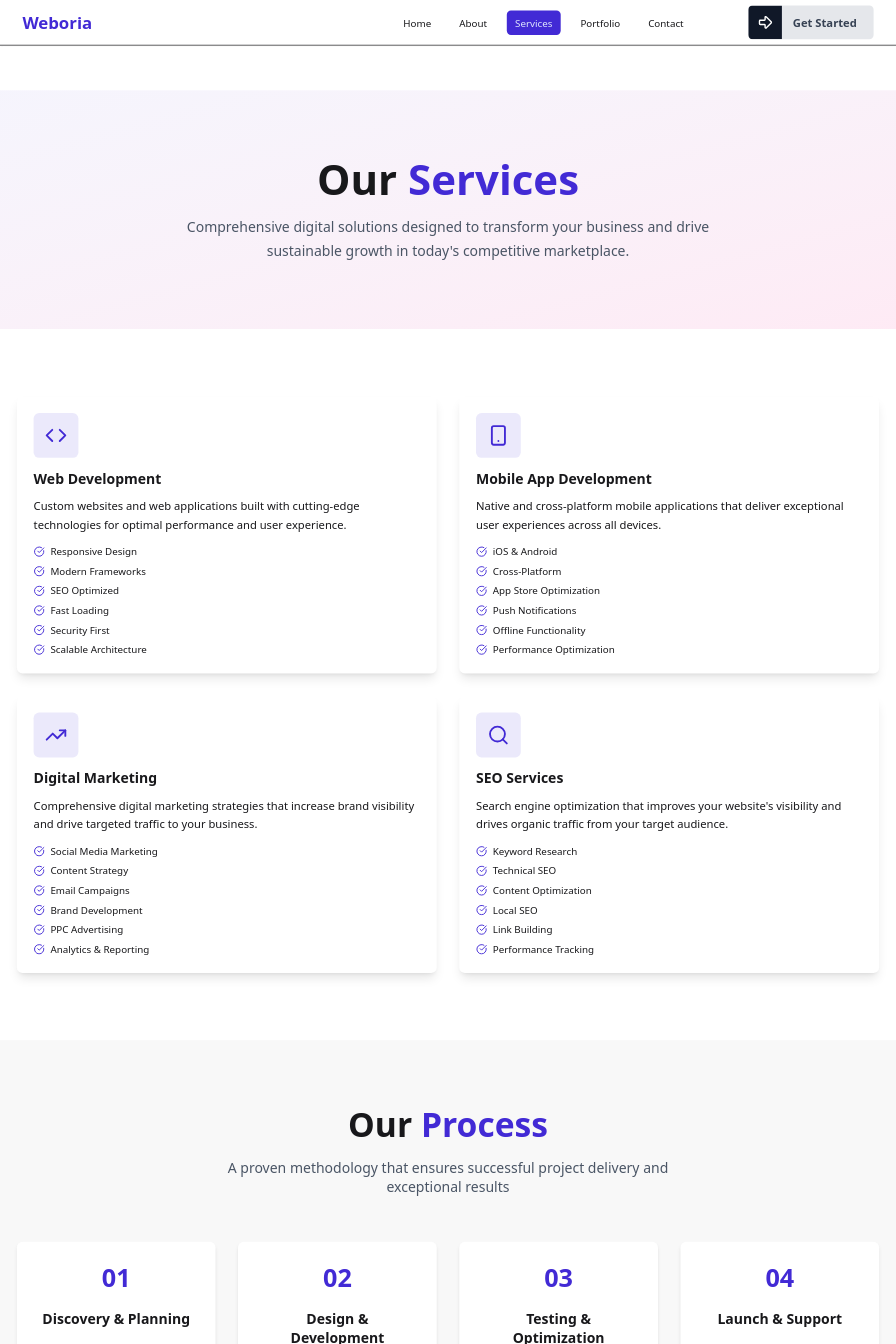
Repository: mdmuhibullahhabib/weboria
Page: /services
These files come from the project's save history. The page is drawn as it stood at one moment and after the next save; the edit follows.
The browser window is 1280 px wide. The pictures show the part of the page from y = 0 to 1920 px (the page is 3733 px tall before and 4319 px after), at 70% of full size.
The project was rebuilt for these pictures with package versions that can differ from the ones it lists, and the page was loaded fresh each time. The framework's server and built-in components were replaced by stand-ins that run in the browser. Also part of the build but not shown: next.config.mjs.

Above is the page before, as saved 2025-10-05 00:34:45.

### src/app/layout.js
import { Geist, Geist_Mono } from "next/font/google";
import "./globals.css";
import Navbar from "@/components/Navbar";
import Footer from "@/components/Footer";
import { Toaster } from "react-hot-toast";

const geistSans = Geist({
  variable: "--font-geist-sans",
  subsets: ["latin"],
});

const geistMono = Geist_Mono({
  variable: "--font-geist-mono",
  subsets: ["latin"],
});

export const metadata = {
  title: "Weboria",
  description: "Digital Marketing Agency",
  icons: "/favicon.ico",
};

export default function RootLayout({ children }) {
  return (
    <html lang="en">
      <body
        className={`${geistSans.variable} ${geistMono.variable} antialiased`}
      >

        <Navbar />
        <Toaster />
        {children}
        <Footer />
      </body>
    </html>
  );
}

### src/app/services/page.jsx
"use client";
import { Code, Smartphone, TrendingUp, Search, CheckCircle } from 'lucide-react';
import CTASection from '../Home/components/CTASection';
import Service from '../Home/components/Service';

export default function ServicesPage() {
  const services = [
    {
      icon: Code,
      title: "Web Development",
      description: "Custom websites and web applications built with cutting-edge technologies for optimal performance and user experience.",
      features: ["Responsive Design", "Modern Frameworks", "SEO Optimized", "Fast Loading", "Security First", "Scalable Architecture"]
    },
    {
      icon: Smartphone,
      title: "Mobile App Development",
      description: "Native and cross-platform mobile applications that deliver exceptional user experiences across all devices.",
      features: ["iOS & Android", "Cross-Platform", "App Store Optimization", "Push Notifications", "Offline Functionality", "Performance Optimization"]
    },
    {
      icon: TrendingUp,
      title: "Digital Marketing",
      description: "Comprehensive digital marketing strategies that increase brand visibility and drive targeted traffic to your business.",
      features: ["Social Media Marketing", "Content Strategy", "Email Campaigns", "Brand Development", "PPC Advertising", "Analytics & Reporting"]
    },
    {
      icon: Search,
      title: "SEO Services",
      description: "Search engine optimization that improves your website's visibility and drives organic traffic from your target audience.",
      features: ["Keyword Research", "Technical SEO", "Content Optimization", "Local SEO", "Link Building", "Performance Tracking"]
    }
  ];

  const process = [
    {
      step: "01",
      title: "Discovery & Planning",
      description: "We start by understanding your business goals, target audience, and project requirements to create a comprehensive strategy."
    },
    {
      step: "02",
      title: "Design & Development",
      description: "Our team creates intuitive designs and develops robust solutions using the latest technologies and best practices."
    },
    {
      step: "03",
      title: "Testing & Optimization",
      description: "Rigorous testing ensures quality and performance, while optimization guarantees the best user experience."
    },
    {
      step: "04",
      title: "Launch & Support",
      description: "We handle the launch process and provide ongoing support to ensure your solution continues to perform excellently."
    }
  ];

  const benefits = [
    "Dedicated project manager",
    "Regular progress updates",
    "Quality assurance testing",
    "Post-launch support",
    "Scalable solutions",
    "Modern technologies"
  ];

  return (
    <div className="min-h-screen pt-16">
      {/* Hero Section */}
      <section className="py-24 bg-gradient-to-br from-primary/5 to-secondary/10">
        <div className="max-w-7xl mx-auto px-6 text-center">
          <h1 className="text-4xl md:text-6xl font-bold mb-6">
            Our <span className="text-primary">Services</span>
          </h1>
          <p className="text-lg md:text-xl text-gray-600 max-w-3xl mx-auto leading-relaxed">
            Comprehensive digital solutions designed to transform your business
            and drive sustainable growth in today's competitive marketplace.
          </p>
        </div>
      </section>

      {/* Services Grid */}
      <section className="py-24 bg-base-100">
        <div className="max-w-7xl mx-auto px-6 grid grid-cols-1 md:grid-cols-2 gap-8">
          {services.map((service, index) => (
            <Service key={index} {...service} />
          ))}
        </div>
      </section>

      {/* Process Section */}
      <section className="py-24 bg-base-200">
        <div className="max-w-7xl mx-auto px-6">
          <div className="text-center mb-16">
            <h2 className="text-3xl md:text-5xl font-bold mb-6">
              Our <span className="text-primary">Process</span>
            </h2>
            <p className="text-lg md:text-xl text-gray-600 max-w-2xl mx-auto">
              A proven methodology that ensures successful project delivery and exceptional results
            </p>
          </div>

          <div className="grid grid-cols-1 md:grid-cols-2 lg:grid-cols-4 gap-8">
            {process.map((item, index) => (
              <div
                key={index}
                className="card bg-base-100 shadow-md hover:shadow-xl transition text-center"
                data-testid={`card-process-${item.step}`}
              >
                <div className="card-body p-8">
                  <div className="text-4xl font-bold text-primary mb-4">{item.step}</div>
                  <h3 className="text-xl font-semibold mb-3">{item.title}</h3>
                  <p className="text-gray-600">{item.description}</p>
                </div>
              </div>
            ))}
          </div>
        </div>
      </section>

      {/* Benefits Section */}
      <section className="py-24 bg-base-100">
        <div className="max-w-7xl mx-auto px-6 grid lg:grid-cols-2 gap-16 items-center">
          <div>
            <h2 className="text-3xl md:text-4xl font-bold mb-6">
              Why Choose <span className="text-primary">Weboria</span>?
            </h2>
            <p className="text-lg text-gray-600 mb-8">
              We're not just another digital agency. We're your partners in success,
              committed to delivering solutions that drive real business results.
            </p>

            <div className="space-y-4">
              {benefits.map((benefit, index) => (
                <div key={index} className="flex items-center">
                  <CheckCircle className="w-6 h-6 text-secondary mr-3" />
                  <span className="text-gray-800 font-medium">{benefit}</span>
                </div>
              ))}
            </div>
          </div>

          <div className="grid grid-cols-2 gap-6">
            <div className="p-6 bg-white rounded-lg shadow text-center">
              <div className="text-3xl font-bold text-primary mb-2">500+</div>
              <p className="text-gray-600">Projects Delivered</p>
            </div>
            <div className="p-6 bg-white rounded-lg shadow text-center">
              <div className="text-3xl font-bold text-primary mb-2">99%</div>
              <p className="text-gray-600">Client Satisfaction</p>
            </div>
            <div className="p-6 bg-white rounded-lg shadow text-center">
              <div className="text-3xl font-bold text-primary mb-2">5+</div>
              <p className="text-gray-600">Years Experience</p>
            </div>
            <div className="p-6 bg-white rounded-lg shadow text-center">
              <div className="text-3xl font-bold text-primary mb-2">24/7</div>
              <p className="text-gray-600">Support Available</p>
            </div>
          </div>
        </div>
      </section>

      {/* CTA Section */}
      <CTASection
        title="Ready to Get Started?"
        subtitle="Let's discuss your project and create a solution that drives your business forward."
        primaryButtonText="Start Your Project"
        secondaryButtonText="Get Free Consultation"
        onPrimaryClick={() => console.log('Navigate to contact form')}
        onSecondaryClick={() => console.log('Schedule free consultation')}
      />
    </div>
  );
}

### src/components/Navbar.jsx
"use client";
import { useState } from "react";
import Link from "next/link";
import { usePathname } from "next/navigation";
import { Menu, X } from "lucide-react";
import Button from "./Button";

export default function Navbar() {
  const [isOpen, setIsOpen] = useState(false);
  const pathname = usePathname();

  const navigation = [
    { name: "Home", href: "/" },
    { name: "About", href: "/about" },
    { name: "Services", href: "/services" },
    { name: "Portfolio", href: "/portfolio" },
    { name: "Contact", href: "/contact" },
  ];

  const isActive = (href) => {
    if (href === "/" && pathname === "/") return true;
    if (href !== "/" && pathname.startsWith(href)) return true;
    return false;
  };

  return (
    <nav className="sticky top-0 z-50 bg-base-100/95 backdrop-blur-md border-b shadow-sm">
      <div className="max-w-7xl mx-auto px-4 sm:px-6 lg:px-8">
        <div className="flex justify-between items-center h-16">
          {/* Logo */}
          <Link href="/" data-testid="link-home">
            <h1 className="text-2xl font-bold text-primary">Weboria</h1>
          </Link>

          {/* Desktop Navigation */}
          <div className="hidden md:flex space-x-4 items-center">
            {navigation.map((item) => (
              <Link key={item.name} href={item.href} data-testid={`link-${item.name.toLowerCase()}`}>
                <span
                  className={`px-3 py-2 rounded-md text-sm font-medium transition-colors ${isActive(item.href)
                      ? "bg-primary text-primary-content"
                      : "text-base-content hover:text-primary"
                    }`}
                >
                  {item.name}
                </span>
              </Link>
            ))}

            {/* CTA Button */}
            <Button
            className="ml-16 "
              text={"Get Started"}
              href="/contact"
            />
          </div>

          {/* Mobile menu button */}
          <div className="md:hidden">
            <button
              className="btn btn-ghost btn-square"
              onClick={() => setIsOpen(!isOpen)}
              data-testid="button-mobile-menu"
            >
              {isOpen ? <X className="w-6 h-6" /> : <Menu className="w-6 h-6" />}
            </button>
          </div>
        </div>

        {/* Mobile Navigation */}
        {isOpen && (
          <div className="md:hidden mt-2 border-t">
            <div className="flex flex-col space-y-1 px-2 py-3">
              {navigation.map((item) => (
                <Link key={item.name} href={item.href} data-testid={`link-mobile-${item.name.toLowerCase()}`}>
                  <span
                    className={`block px-3 py-2 rounded-md text-base font-medium transition-colors ${isActive(item.href)
                        ? "bg-primary text-primary-content"
                        : "text-base-content hover:text-primary"
                      }`}
                    onClick={() => setIsOpen(false)}
                  >
                    {item.name}
                  </span>
                </Link>
              ))}

              {/* Mobile CTA Button */}
              <Button
                text={"Get Started"}
                href="/contact"
              />
            </div>
          </div>
        )}
      </div>
    </nav>
  );
}

### src/app/Home/components/CTASection.jsx
import { ArrowRight, CheckCircle } from "lucide-react";

export default function CTASection({
  title = "Ready to Transform Your Digital Presence?",
  subtitle = "Join hundreds of successful businesses that trust Weboria to deliver exceptional digital solutions.",
  benefits = [
    "Free consultation and project planning",
    "Dedicated project manager",
    "30-day money-back guarantee",
    "Ongoing support and maintenance",
  ],
  primaryButtonText = "Start Your Project",
  secondaryButtonText = "Schedule a Call",
  onPrimaryClick,
  onSecondaryClick,
}) {
  const handlePrimaryClick = () => {
    console.log("Primary CTA clicked");
    onPrimaryClick?.();
  };

  const handleSecondaryClick = () => {
    console.log("Secondary CTA clicked");
    onSecondaryClick?.();
  };

  return (
    <section className="py-24 bg-gradient-to-br from-primary to-secondary">
      <div className="max-w-7xl mx-auto px-4 sm:px-6 lg:px-8">
        <div className="max-w-4xl mx-auto text-center">
          {/* Title */}
          <h2 className="text-3xl md:text-4xl lg:text-5xl font-bold text-white mb-6">
            {title}
          </h2>

          {/* Subtitle */}
          <p className="text-xl text-white/90 mb-8 max-w-2xl mx-auto leading-relaxed">
            {subtitle}
          </p>

          {/* Benefits List */}
          <div className="grid grid-cols-1 md:grid-cols-2 gap-4 mb-12 max-w-2xl mx-auto">
            {benefits.map((benefit, index) => (
              <div key={index} className="flex items-center text-white/90">
                <CheckCircle className="w-5 h-5 text-accent mr-3 flex-shrink-0" />
                <span>{benefit}</span>
              </div>
            ))}
          </div>

          {/* CTA Buttons */}
          <div className="flex flex-col sm:flex-row gap-4 justify-center items-center">
            {/* Primary Button */}
            <button
              className="btn btn-primary flex items-center px-8 py-4 text-lg"
              onClick={handlePrimaryClick}
              data-testid="button-cta-primary"
            >
              {primaryButtonText}
              <ArrowRight className="ml-2 w-5 h-5" />
            </button>

            {/* Secondary Button */}
            <button
              className="btn btn-outline btn-white flex items-center px-8 py-4 text-lg"
              onClick={handleSecondaryClick}
              data-testid="button-cta-secondary"
            >
              {secondaryButtonText}
            </button>
          </div>
        </div>
      </div>
    </section>
  );
}

### src/app/Home/components/Service.jsx

import { CheckCircle } from "lucide-react";

// Service card component
export default function Service({ icon: Icon, title, description, features = [] }) {
  return (
    <div className="h-full bg-base-100 shadow-lg rounded-lg p-6 flex flex-col transition-all duration-300 hover:scale-105 hover:shadow-xl">
      {/* Icon */}
      {Icon && (
        <div className="flex items-center justify-center w-16 h-16 bg-primary/10 rounded-lg mb-4">
          <Icon className="w-8 h-8 text-primary" />
        </div>
      )}

      {/* Title */}
      <h3 className="text-xl font-semibold mb-3 text-foreground">{title}</h3>

      {/* Description */}
      <p className="text-muted-foreground mb-4 leading-relaxed">{description}</p>

      {/* Features */}
      {features.length > 0 && (
        <ul className="space-y-2 mt-auto">
          {features.map((feature, index) => (
            <li key={index} className="flex items-center text-sm text-muted-foreground">
              <CheckCircle className="w-4 h-4 text-primary mr-2 flex-shrink-0" />
              {feature}
            </li>
          ))}
        </ul>
      )}
    </div>
  );
}

### src/components/Button.jsx
// Button.jsx
"use client";

import { ArrowBigRight } from "lucide-react";
import Link from "next/link";

export default function Button({ text, href = "#", className = "" }) {
  return (
    <Link
      href={href}
      className={`
        relative inline-flex items-center overflow-hidden group rounded-md font-semibold
        bg-gray-200 text-gray-700 border-none hover:bg-gray-300 transition-colors
        ${className}
      `}
    >
      {/* বাম পাশে আইকন বক্স */}
      <span
        className="
          absolute left-0 top-0 h-full w-12 flex items-center justify-center
          bg-gray-900 text-white text-xl font-bold z-20
        "
      >
        <ArrowBigRight />
      </span>

      {/* মূল টেক্সট */}
      <span
        className="
          relative z-20 py-3 px-6 pl-16 transition-colors
          group-hover:text-gray-900
        "
      >
        {text}
      </span>

      {/* Hover effect (Sky Blue wipe) */}
      <span
        className="
          absolute top-0 left-0 w-0 h-full bg-sky-400
          group-hover:w-full transition-all duration-300 ease-out z-10
        "
      />
    </Link>
  );
}

Loaded but not shown: src/app/globals.css (common file); src/components/Footer.jsx (159 lines, source omitted)

After the next save:
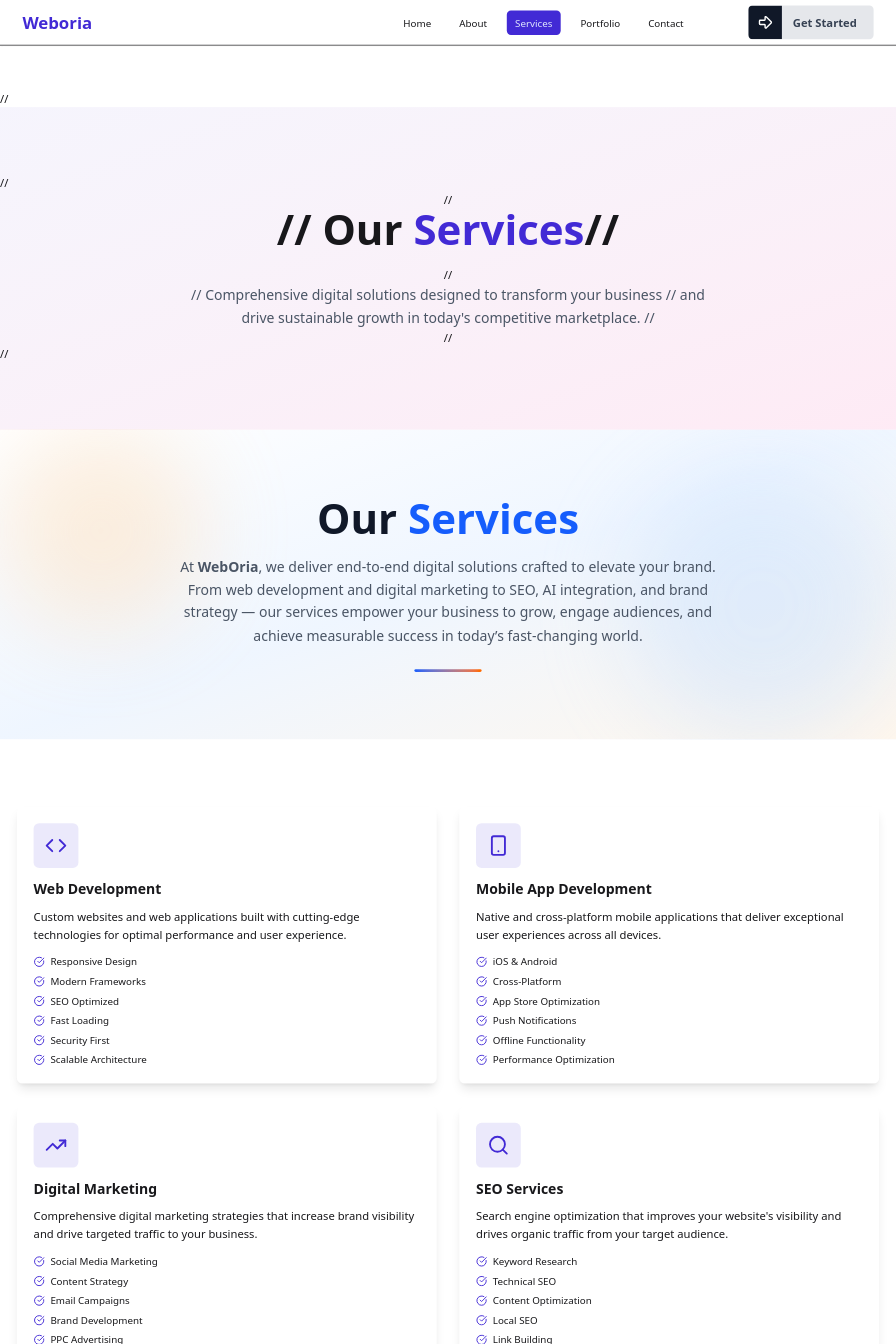
Saved 17 min 55 s later.
--- a/src/app/services/page.jsx
+++ b/src/app/services/page.jsx
@@ -2,6 +2,7 @@
 import { Code, Smartphone, TrendingUp, Search, CheckCircle } from 'lucide-react';
 import CTASection from '../Home/components/CTASection';
 import Service from '../Home/components/Service';
+import { motion } from "framer-motion";
 
 export default function ServicesPage() {
   const services = [
@@ -66,17 +67,55 @@ export default function ServicesPage() {
   return (
     <div className="min-h-screen pt-16">
       {/* Hero Section */}
-      <section className="py-24 bg-gradient-to-br from-primary/5 to-secondary/10">
-        <div className="max-w-7xl mx-auto px-6 text-center">
-          <h1 className="text-4xl md:text-6xl font-bold mb-6">
-            Our <span className="text-primary">Services</span>
-          </h1>
-          <p className="text-lg md:text-xl text-gray-600 max-w-3xl mx-auto leading-relaxed">
-            Comprehensive digital solutions designed to transform your business
-            and drive sustainable growth in today's competitive marketplace.
-          </p>
-        </div>
-      </section>
+      // <section className="py-24 bg-gradient-to-br from-primary/5 to-secondary/10">
+      //   <div className="max-w-7xl mx-auto px-6 text-center">
+      //     <h1 className="text-4xl md:text-6xl font-bold mb-6">
+      //       Our <span className="text-primary">Services</span>
+      //     </h1>
+      //     <p className="text-lg md:text-xl text-gray-600 max-w-3xl mx-auto leading-relaxed">
+      //       Comprehensive digital solutions designed to transform your business
+      //       and drive sustainable growth in today's competitive marketplace.
+      //     </p>
+      //   </div>
+      // </section>
+         <section className="relative py-24 bg-gradient-to-br from-white via-blue-50 to-orange-50 overflow-hidden">
+      {/* Subtle background shapes */}
+      <div className="absolute top-0 left-0 w-72 h-72 bg-orange-200 rounded-full blur-3xl opacity-30 animate-pulse"></div>
+      <div className="absolute bottom-0 right-0 w-96 h-96 bg-blue-200 rounded-full blur-3xl opacity-30 animate-pulse"></div>
+
+      {/* Content */}
+      <div className="relative max-w-7xl mx-auto px-6 text-center">
+        <motion.h1
+          className="text-4xl md:text-6xl font-extrabold mb-6 text-gray-900"
+          initial={{ opacity: 0, y: 30 }}
+          whileInView={{ opacity: 1, y: 0 }}
+          transition={{ duration: 0.7 }}
+        >
+          Our <span className="text-blue-600">Services</span>
+        </motion.h1>
+
+        <motion.p
+          className="text-lg md:text-xl text-gray-600 max-w-3xl mx-auto leading-relaxed"
+          initial={{ opacity: 0, y: 20 }}
+          whileInView={{ opacity: 1, y: 0 }}
+          transition={{ delay: 0.2, duration: 0.7 }}
+        >
+          At <b>WebOria</b>, we deliver end-to-end digital solutions crafted to
+          elevate your brand. From web development and digital marketing to
+          SEO, AI integration, and brand strategy — our services empower your
+          business to grow, engage audiences, and achieve measurable success in
+          today’s fast-changing world.
+        </motion.p>
+
+        {/* Decorative line animation */}
+        <motion.div
+          className="w-24 h-1 bg-gradient-to-r from-blue-600 to-orange-500 mx-auto mt-8 rounded-full"
+          initial={{ scaleX: 0 }}
+          whileInView={{ scaleX: 1 }}
+          transition={{ delay: 0.4, duration: 0.8 }}
+        />
+      </div>
+    </section>
 
       {/* Services Grid */}
       <section className="py-24 bg-base-100">
